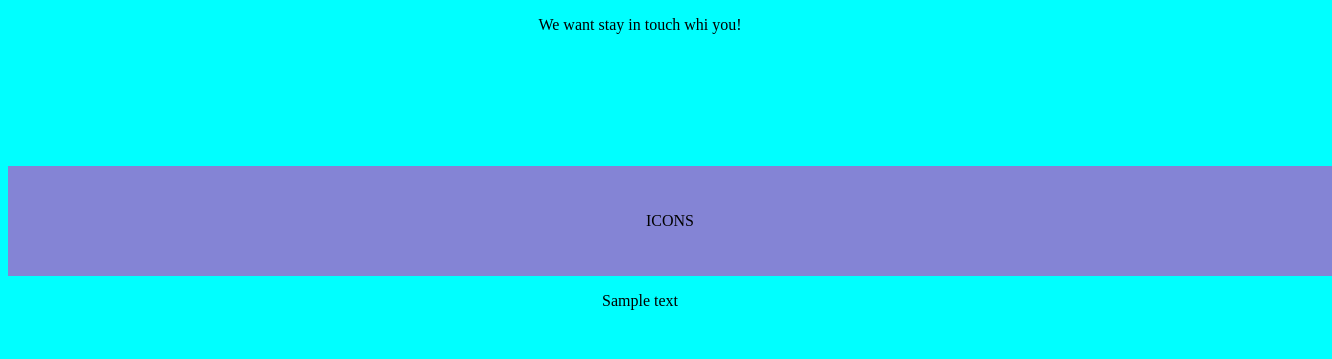
Repository: JhonMercedes/profile
Page: index.html
The author's editor kept a copy of each file at every save. The page is drawn from the files as they stood at one save, then again after the next save.
The browser window is 1280 px wide. The page is 1332 px wide, so the pictures cover 1332 px, including what lies to the right of the window. The pictures show the whole page.

Above is the page before, as saved 2021-12-08 02:06:06.

After the next save:
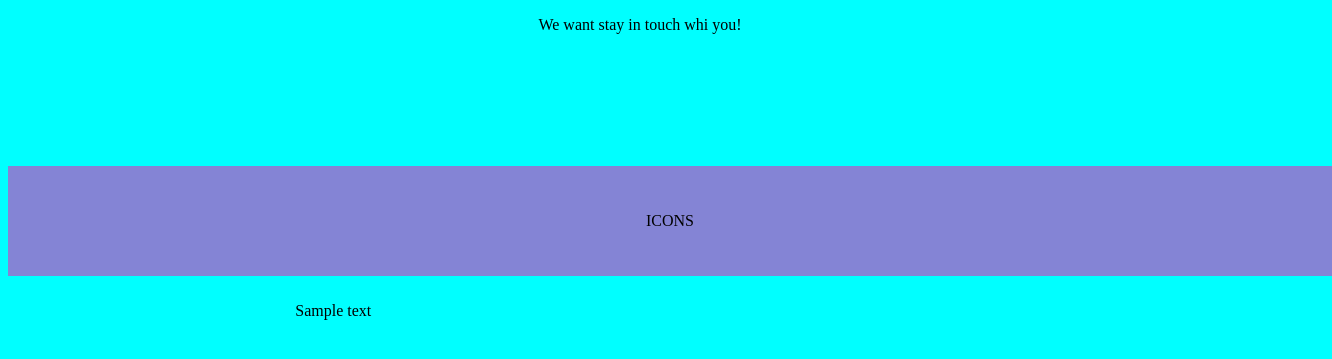
Saved 27 s later.
--- a/style.css
+++ b/style.css
@@ -17,4 +17,7 @@
 
 .container3 {
     text-align: center;
+    width: 600px;
+    padding: 10px 2%;
+
 }
